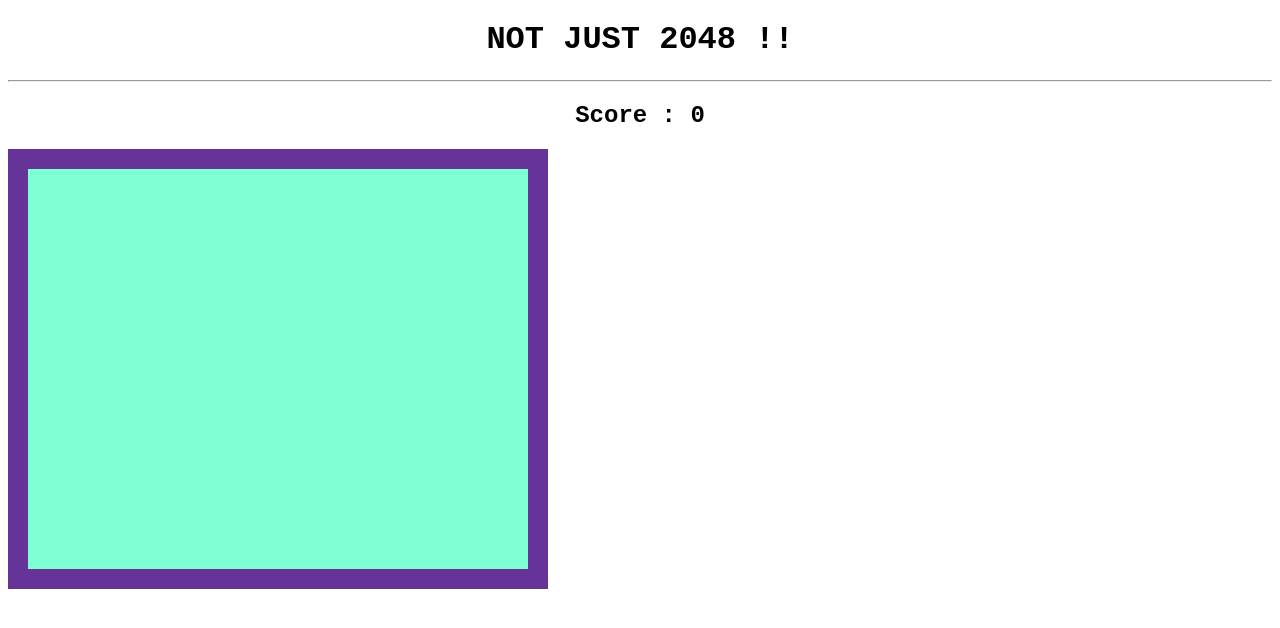
Repository: Prathamyadav1123/2048Game
Page: NotJust2048-main/2048.html
These files come from the project's save history. The page is drawn as it stood at one moment and after a run of saves; the edit follows.
The browser window is 1280 px wide. The pictures show the whole page.

Above is the page before, as saved 2023-05-31 19:39:54.

### NotJust2048-main/2048.html
<!DOCTYPE html>
<html>
    <head>
        <title>
            2048 game
        </title>
        <link rel= "stylesheet" href="2048.css"/>
        <script src= "2048.js"></script>
    </head>
    <body>
        <h1> NOT JUST 2048 !! </h1>
        <hr>
        <h2> Score : <span id="score"> 0 </span></h2>
        <div id="board">

        </div>
    </body>
</html>

### NotJust2048-main/2048.css
body{
    font-family: 'Courier New', Courier, monospace;
    text-align: center;
}

#board{
    width: 500px;
    height: 400px;
    color: crimson;
    background-color: aquamarine;
    border: 20px solid rebeccapurple;
}

Loaded but not shown: NotJust2048-main/2048.js (no copy from this time; the picture is the same without it)

After the next 3 saves:
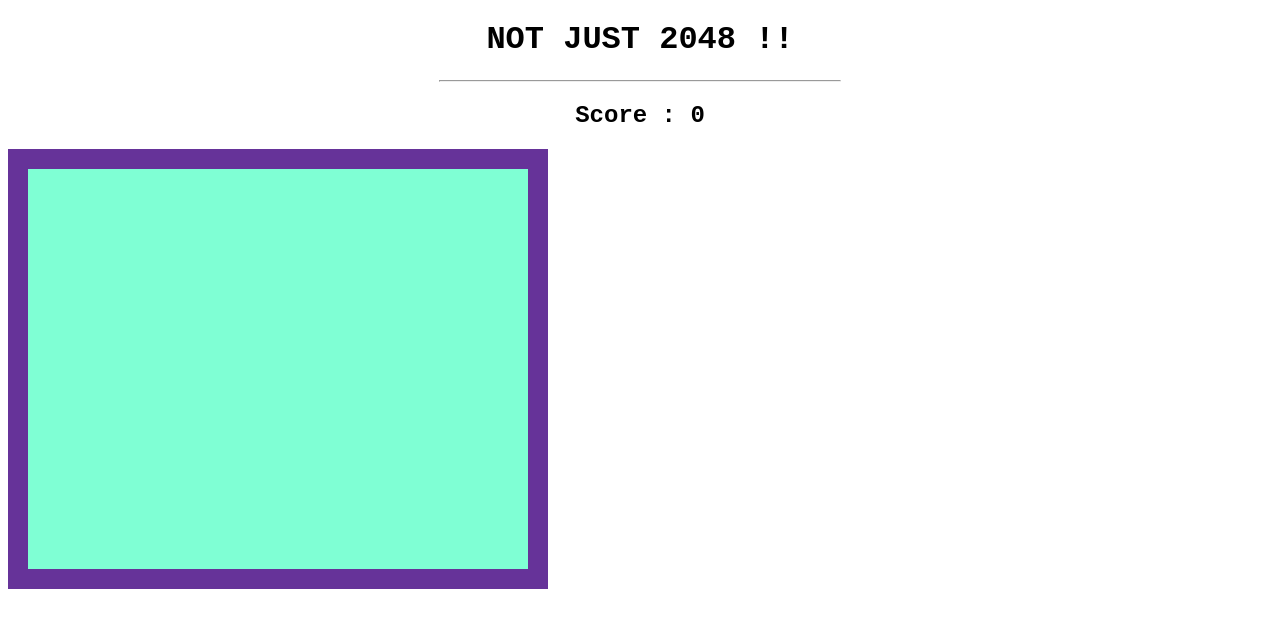
The 3 saves are shown as one change because they came seconds apart.
The last was saved 8 s later.
--- a/NotJust2048-main/2048.css
+++ b/NotJust2048-main/2048.css
@@ -2,7 +2,9 @@ body{
     font-family: 'Courier New', Courier, monospace;
     text-align: center;
 }
-
+hr{
+    width: 400px;
+}
 #board{
     width: 500px;
     height: 400px;
